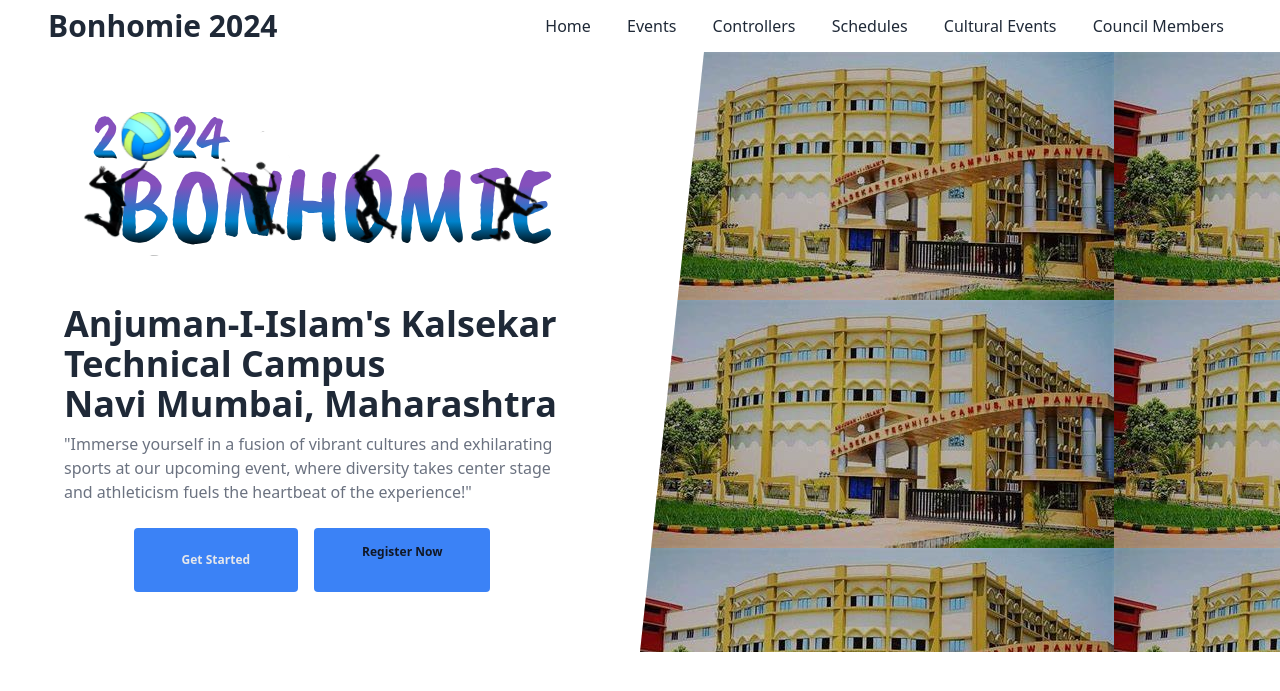
Repository: sshadulla22/Bonhomie2024
Page: Bonhomie 2024/index.html
These files come from the project's save history. The page is drawn as it stood at one moment and after the next save; the edit follows.
The browser window is 1280 px wide. The pictures show the whole page.
Some web libraries are served in a nearby version.

Above is the page before, as saved 2024-01-31 17:10:18.

### Bonhomie 2024/index.html
<!DOCTYPE html>
<html lang="en">
<head>
    <meta charset="UTF-8">
    <meta name="viewport" content="width=device-width, initial-scale=1.0">
    <script src="https://cdn.tailwindcss.com"></script>
    <title>Bonhomie 2024 </title>
</head>
<body>
    <!-- component -->
<div class="w-full">
    <nav class="bg-white shadow-lg">
        <div class="md:flex items-center justify-between py-2 px-8 md:px-12">
            <div class="flex justify-between items-center">
               <div class="text-2xl font-bold text-gray-800 md:text-3xl">
                    <a href="#">Bonhomie 2024</a>
               </div>
                <div class="md:hidden">
                    <button type="button" class="block text-gray-800 hover:text-gray-700 focus:text-gray-700 focus:outline-none">
                        <svg class="h-6 w-6 fill-current" viewBox="0 0 24 24">
                            <path class="hidden" d="M16.24 14.83a1 1 0 0 1-1.41 1.41L12 13.41l-2.83 2.83a1 1 0 0 1-1.41-1.41L10.59 12 7.76 9.17a1 1 0 0 1 1.41-1.41L12 10.59l2.83-2.83a1 1 0 0 1 1.41 1.41L13.41 12l2.83 2.83z"/>
                            <path d="M4 5h16a1 1 0 0 1 0 2H4a1 1 0 1 1 0-2zm0 6h16a1 1 0 0 1 0 2H4a1 1 0 0 1 0-2zm0 6h16a1 1 0 0 1 0 2H4a1 1 0 0 1 0-2z"/>
                        </svg>
                    </button>
                </div>
            </div>
            <div class="flex flex-col md:flex-row hidden md:block -mx-2">
                <a href="#" class="text-gray-800 rounded hover:bg-blue-500 hover:text-gray-100 hover:font-medium py-2 px-2 md:mx-2">Home</a>
                <a href="#" class="text-gray-800 rounded hover:bg-blue-500  hover:text-gray-100 hover:font-medium py-2 px-2 md:mx-2">Events</a>
                <a href="#" class="text-gray-800 rounded hover:bg-blue-500  hover:text-gray-100 hover:font-medium py-2 px-2 md:mx-2">Controllers</a>
                <a href="#" class="text-gray-800 rounded hover:bg-blue-500  hover:text-gray-100 hover:font-medium py-2 px-2 md:mx-2">Schedules</a>
                <a href="#" class="text-gray-800 rounded hover:bg-blue-500  hover:text-gray-100 hover:font-medium py-2 px-2 md:mx-2">Cultural Events</a>
                <a href="#" class="text-gray-800 rounded hover:bg-blue-500  hover:text-gray-100 hover:font-medium py-2 px-2 md:mx-2">Council Members</a>
            </div>
        </div>
    </nav>
    <div class="flex bg-white" style="height:600px;">
        <div class="flex items-center text-center lg:text-left px-8 md:px-12 lg:w-1/2">
            <div>
                <header class="flex-grow flex flex-col justify-center items-center px-4">
                    <h1 class="text-5xl font-bold text-white text-center mb-8"><img src="/images/Group 255 (1).svg" alt="Girl in a jacket" width="700px" height="1400px"></h1>
                <h2 class="text-3xl font-semibold text-gray-800 md:text-4xl">Anjuman-I-Islam's Kalsekar Technical Campus <br> Navi Mumbai, Maharashtra </h2>
                <p class="mt-2 text-2xl text-gray-500 md:text-base">"Immerse yourself in a fusion of vibrant cultures and exhilarating sports at our upcoming event, where diversity takes center stage and athleticism fuels the heartbeat of the experience!"</p>
                <div class="flex justify-center lg:justify-start mt-6">
                    <a class="px-12 py-6 bg-blue-500 text-gray-200 text-xs font-semibold rounded hover:bg-gray-800" href="#">Get Started</a>
                    <a class="mx-4 px-12 py-4 bg-blue-500 text-gray-900 text-xs font-semibold rounded hover:bg-gray-400" href="#">Register Now</a>
                </div>
            </div>
        </div>
        <div class="hidden lg:block lg:w-1/2" style="clip-path:polygon(10% 0, 100% 0%, 100% 100%, 0 100%)">
            <div class="h-full object-cover" style="background-image: url(./images/OIP.jpeg)">
                <div class="h-full bg-black opacity-25"></div>
            </div>
        </div>
    </div>
</div>
    </body>
    </html>

    <!-- <a class="mx-4 px-12 py-4 bg-blue-500 text-gray-900 text-xs font-semibold rounded hover:bg-gray-400" href="#">Learn More</a> -->

After the next save:
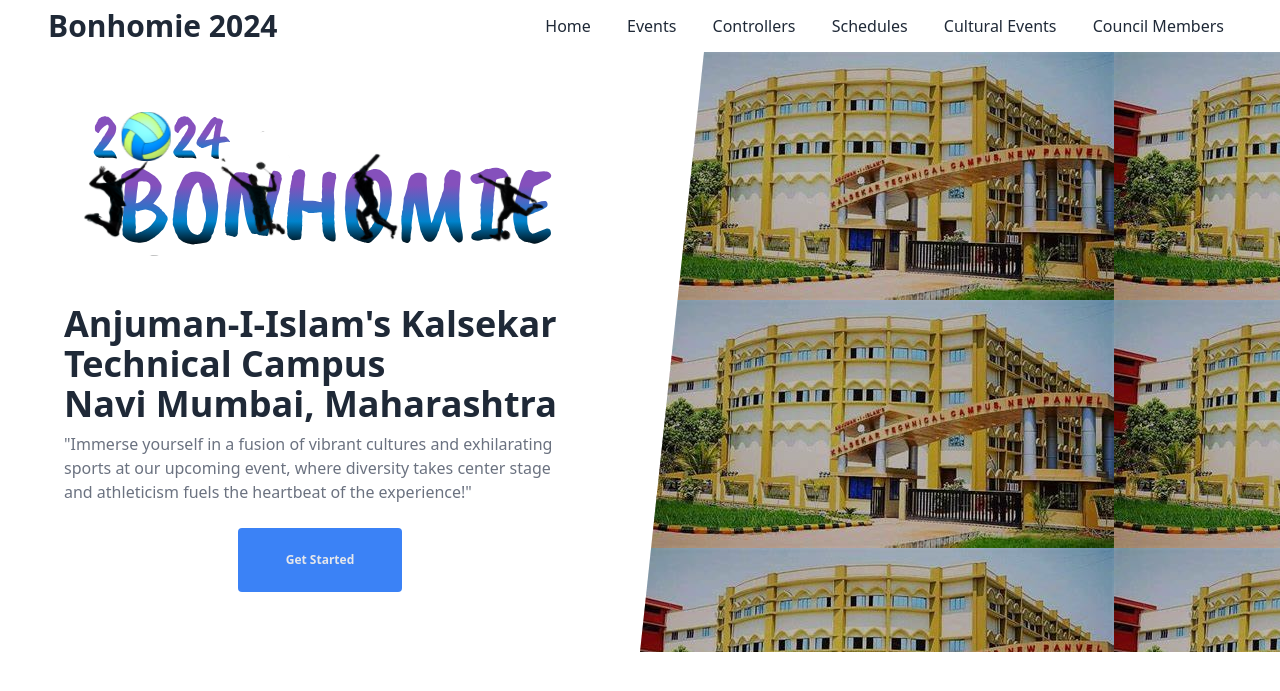
Saved 16 s later.
--- a/Bonhomie 2024/index.html
+++ b/Bonhomie 2024/index.html
@@ -43,7 +43,7 @@
                 <p class="mt-2 text-2xl text-gray-500 md:text-base">"Immerse yourself in a fusion of vibrant cultures and exhilarating sports at our upcoming event, where diversity takes center stage and athleticism fuels the heartbeat of the experience!"</p>
                 <div class="flex justify-center lg:justify-start mt-6">
                     <a class="px-12 py-6 bg-blue-500 text-gray-200 text-xs font-semibold rounded hover:bg-gray-800" href="#">Get Started</a>
-                    <a class="mx-4 px-12 py-4 bg-blue-500 text-gray-900 text-xs font-semibold rounded hover:bg-gray-400" href="#">Register Now</a>
+
                 </div>
             </div>
         </div>
